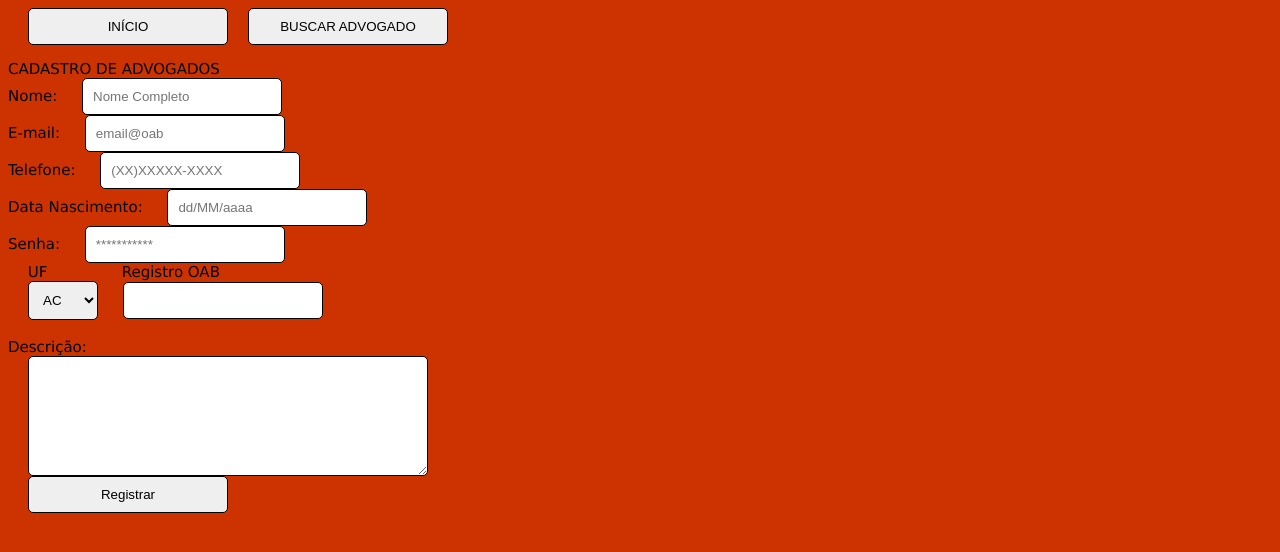
Repository: Natan16/CRUDJUSTTO
Page: http://localhost/CRUDJUSTTOWEB/adiciona-advogado.jsp
These files come from the project's save history. The page is drawn as it stood at one moment and after the next save; the edit follows.
The browser window is 1280 px wide. The pictures show the whole page.
The page is served by Tomcat 9.

Above is the page before, as saved 2019-09-01 03:13:44.

After the next save:
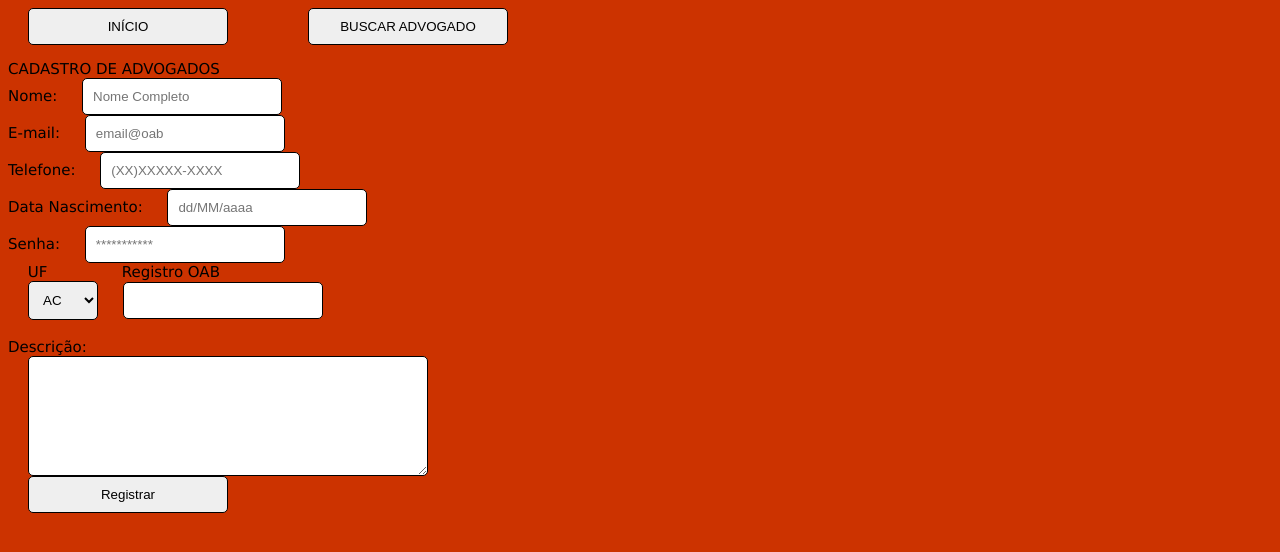
Saved 11 s later.
--- a/CRUDJUSTTOWEB/WebContent/adiciona-advogado.jsp
+++ b/CRUDJUSTTOWEB/WebContent/adiciona-advogado.jsp
@@ -13,7 +13,7 @@
 			<input type="submit" value="INÍCIO" >
 		</form>
 
-		<form action="consulta-advogado.jsp" method="post">
+		<form action="consulta-advogado.jsp" method="post"  style="float:right;">
 			<input type="submit" value="BUSCAR ADVOGADO" >
 		</form>
           CADASTRO DE ADVOGADOS <br />
